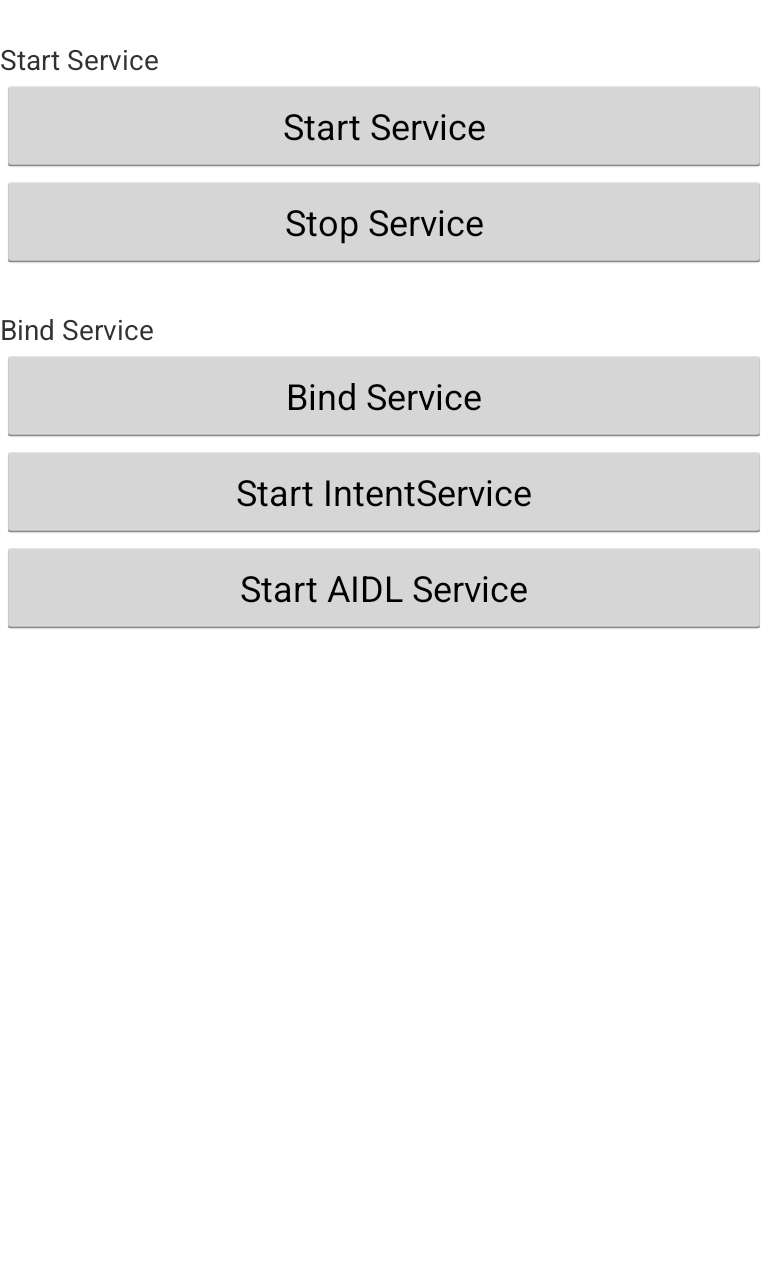
Repository: Liu-D-Henrry/Android
Layout: DemoService/res/layout/service_activity.xml
The author's editor kept a copy of each file at every save. The layout is drawn from the files as they stood at one save, then again after the next save.
It is drawn on a 768 x 1280 px phone screen (xhdpi) without system bars, with theme AppTheme; the app's code is not run.

Above is the layout before, as saved 2013-09-01 09:22:49.

After the next save:
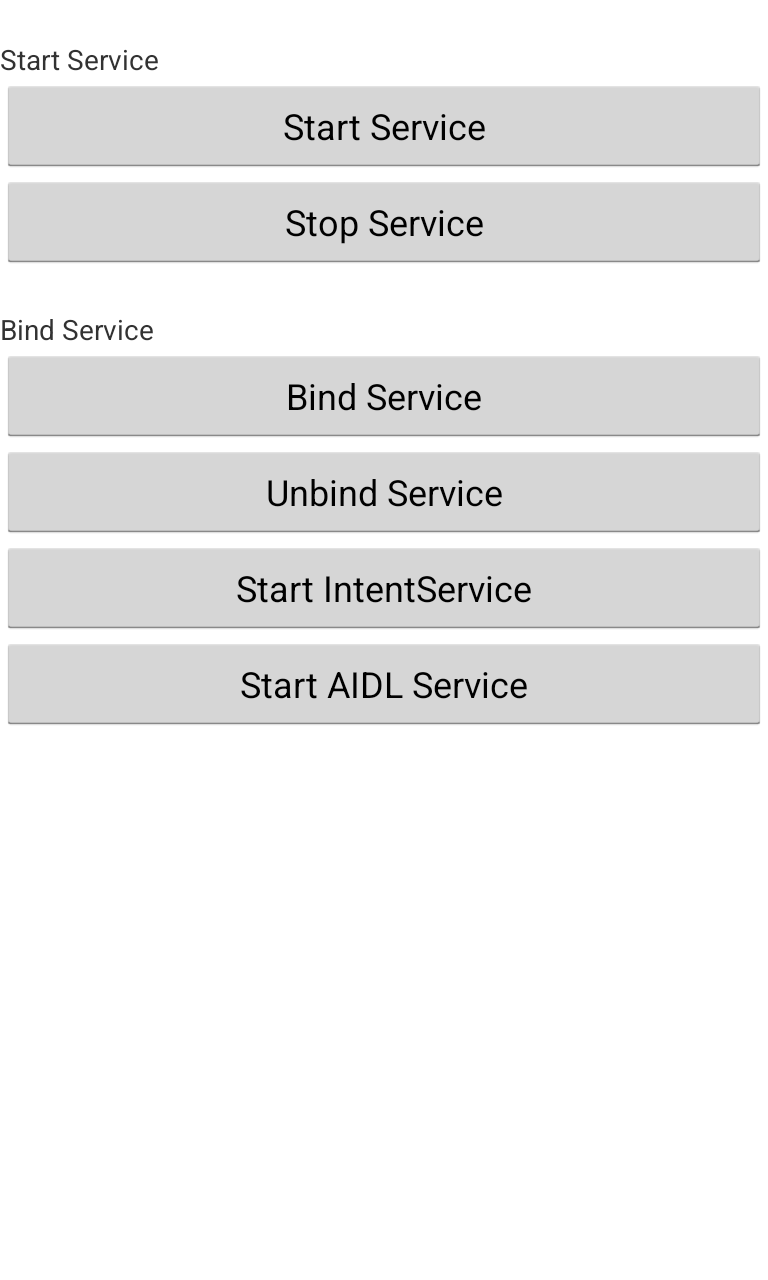
Saved 40 s later.
--- a/DemoService/res/layout/service_activity.xml
+++ b/DemoService/res/layout/service_activity.xml
@@ -31,6 +31,11 @@
         android:layout_height="wrap_content"
         android:text="@string/bindService" />
     <Button
+        android:id="@+id/unbindService"
+        android:layout_width="match_parent"
+        android:layout_height="wrap_content"
+        android:text="@string/unbindService" />
+    <Button
         android:id="@+id/startIntentService"
         android:layout_width="match_parent"
         android:layout_height="wrap_content"
